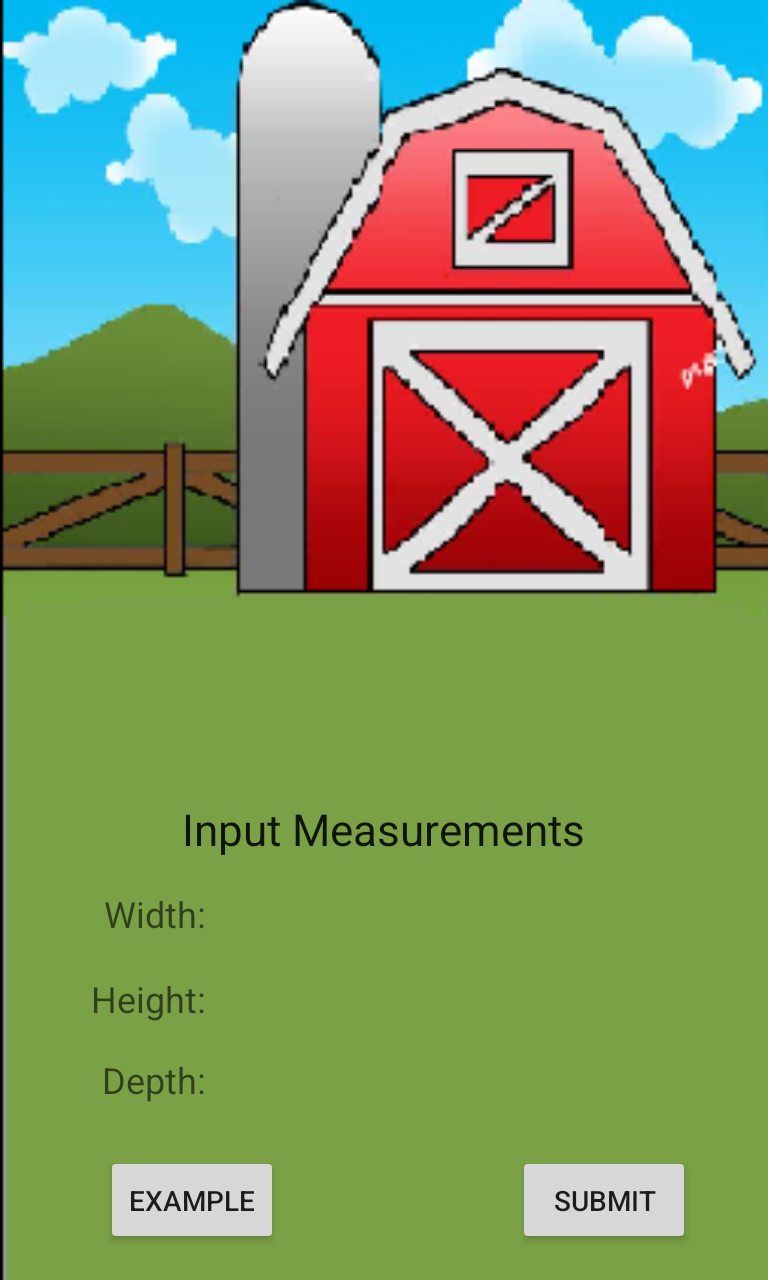
Repository: jdmielke/AnimalApp
Layout: AWEA/res/layout/measurements.xml
These files come from the project's save history. The layout is drawn as it stood at one moment and after the next save; the edit follows.
It is drawn on a 768 x 1280 px phone screen (xhdpi) without system bars, with theme AppTheme; the app's code is not run.

Above is the layout before, as saved 2014-10-16 00:01:02.

After the next save:
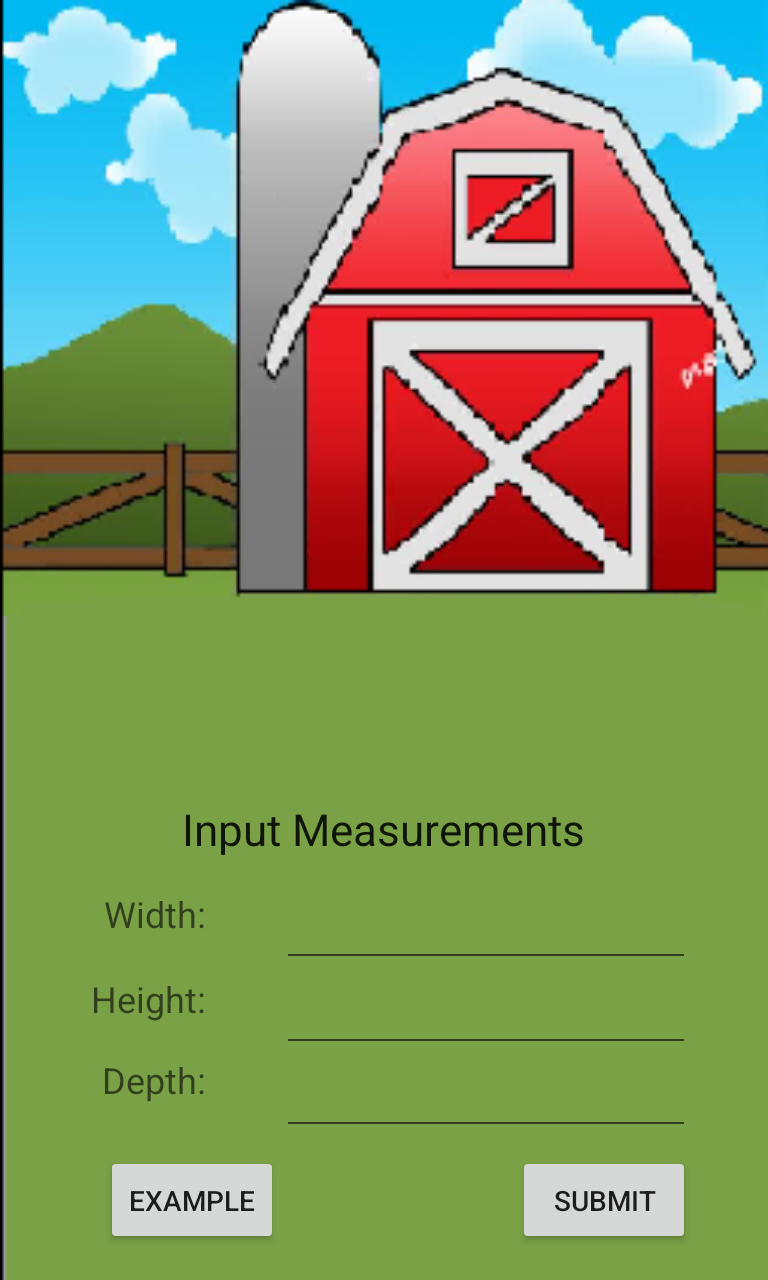
Saved 68 s later.
--- a/AWEA/res/layout/measurements.xml
+++ b/AWEA/res/layout/measurements.xml
@@ -70,4 +70,31 @@
         android:layout_marginLeft="36dp"
         android:text="Example" />
 
+    <EditText
+        android:id="@+id/editText2"
+        android:layout_width="wrap_content"
+        android:layout_height="wrap_content"
+        android:layout_alignRight="@+id/editText1"
+        android:layout_alignTop="@+id/textView3"
+        android:layout_toRightOf="@+id/button2"
+        android:ems="10" />
+
+    <EditText
+        android:id="@+id/editText3"
+        android:layout_width="wrap_content"
+        android:layout_height="wrap_content"
+        android:layout_alignRight="@+id/editText2"
+        android:layout_below="@+id/editText2"
+        android:layout_toRightOf="@+id/button2"
+        android:ems="10" />
+
+    <EditText
+        android:id="@+id/editText1"
+        android:layout_width="wrap_content"
+        android:layout_height="wrap_content"
+        android:layout_alignRight="@+id/button1"
+        android:layout_alignTop="@+id/textView2"
+        android:layout_toRightOf="@+id/button2"
+        android:ems="10" />
+
 </RelativeLayout>
